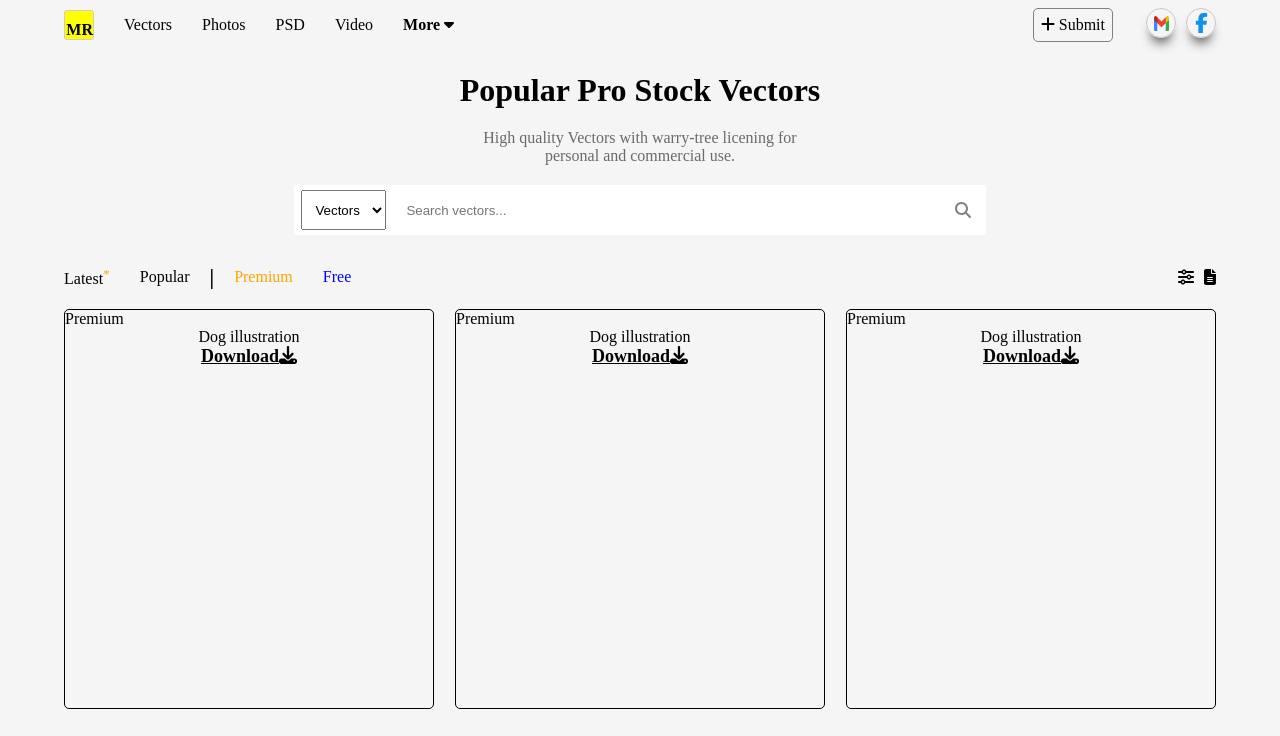
Repository: kegbaDev/VectorTemplate
Page: /
An editor plug-in stored every save of this project. The page is shown before and after the next save, followed by the edit.
The browser window is 1280 px wide. The pictures show the whole page.
The project was rebuilt for these pictures with package versions that can differ from the ones it lists, and the page was loaded fresh each time. Also part of the build but not shown: vite.config.js.

Above is the page before, as saved 2023-04-11 23:56:27.

### index.html
<!DOCTYPE html>
<html lang="en">
  <head>
    <meta charset="UTF-8" />
    <link rel="icon" href="/favicon.ico" />
    <meta name="viewport" content="width=device-width, initial-scale=1.0" />
    <title>Vite App</title>
  </head>
  <body style="background-color: rgb(245, 245, 245)">
    <div id="app"></div>
    <script type="module" src="/src/main.js"></script>
  </body>
</html>

### src/main.js
import { createApp } from 'vue'
import App from './App.vue'

// fontawesome importation
import '@fortawesome/fontawesome-free/css/all.css'
import '@fortawesome/fontawesome-free/js/all.js'

createApp(App).mount('#app')

### src/App.vue
<template>
<div class="wrapper">
  <div class="navbar">
    <div class="left">
      <div class="logo">MR</div>
      <ul>
        <li>Vectors</li>
        <li>Photos</li>
        <li>PSD</li>
        <li>Video</li>
        <li><span class="more" >More</span><i class="fa-solid fa-caret-down"></i></li>
      </ul>
    </div>
    <div class="right">
      <div class="submit">
        <i class="fa-solid fa-plus"></i>
        Submit
      </div>
      <div class="logo_collection">
        <div class="logo_card">
          <img src="./assets/gmail-logo-16.png" alt="google-icon" width="15px" height="15px">
        </div>
        <div class="logo_card">
          <i class="fa-brands fa-facebook-f" style="color: #1191ee; width: 25px;height: 20px;"></i>
        </div>
      </div>
    </div>
  </div>


  <!-- Second component -->


  <div class="text_section">
    <h1 class="title">Popular Pro Stock Vectors</h1>
    <p class="paragraph">
      High quality Vectors with warry-tree licening for <br>
      personal and commercial use.
    </p>
    <div class="input_card">
      <select name="" id="">
        <option value="value1">Vectors</option>
        <option value="value2">Vectors</option>
      </select>
      <input type="text" placeholder="Search vectors... ">
      <i class="fa-solid fa-magnifying-glass" style="color: grey; margin-right: 15px;"></i>
    </div>
  </div>

  <!-- Third component -->

  <div class="row">
    <div class="left-row">
      <ul>
        <li>Latest<sup style="color:orange">*</sup></li>
        <li>Popular</li>
      </ul>
      <span class="pipe">
        |
      </span>
      <ul>
        <li style="color:orange">Premium</li>
        <li style="color:blue">Free</li>
      </ul>
    </div>
    <div class="right-row">
      <i class="fa-solid fa-sliders"></i>
      <i class="fa-solid fa-file-lines"></i>
    </div>
  </div>

  <!-- Fourth component  -->

  <div class="card_content">
    <div class="main_card">
      <div class="image_and_text_space">
        Premium
      </div>
      <p>Dog illustration</p>
      <p class="download">Download<i class="fa-solid fa-download"></i></p>
    </div>
    <div class="main_card">
      <div class="image_and_text_space">
        Premium
      </div>
      <p>Dog illustration</p>
      <p class="download">Download<i class="fa-solid fa-download"></i></p>
    </div>
    <div class="main_card">
      <div class="image_and_text_space">
        Premium
      </div>
      <p>Dog illustration</p>
      <p class="download">Download<i class="fa-solid fa-download"></i></p>
    </div>
  </div>
</div>




</template>

<script setup>

</script>


<style scoped>
.wrapper{
  height: 100vh;
  width: 90vw;
  margin:auto;
}
*{
  padding: 0px;
  margin: 0px;
  box-sizing: border-box;
}
.left{
  display: flex;
  align-items: center;
}

ul{
  list-style: none;
  display: flex;
  gap: 30px;
  margin-left: 30px;
}
.more{
  font-weight: bolder;
  padding-right: 4px;
}
.logo{
  width: 30px;
  height: 30px;
  border: 1px solid rgb(214, 201, 201);
  background-color: yellow;
  font-weight: bolder;
  display: flex;
  justify-content: end;
  align-items: end;
  border-radius: 3px;
}
.navbar{
  display: flex;
  justify-content: space-between;
}
.right{
  display: flex;
  gap: 3px;
}
.submit{
  border: 1px solid gray;
  padding: 7px;
  margin-right: 30px;
  border-radius: 5px;
  background-color: rgba(234, 233, 233, 0.03);
}
.logo_collection{
  display: flex;
  gap: 10px;
}
.logo_card{
  width: 30px;
  height: 30px;
  border: 1px solid black;
  display: flex;
  align-items: center;
  justify-content: center;
  border-radius: 50%;
  border-color: rgb(202, 198, 198);
  -webkit-box-shadow: 0px 10px 13px -7px #000000, -2px -2px 15px 6px rgba(26,17,18,0);
  box-shadow: 0px 10px 13px -7px #000000, -2px -2px 15px 6px rgba(26,17,18,0);
}

/* Second composant */

.text_section{
  margin: 30px auto;
  text-align: center;
}
.title{
  margin-bottom: 20px;
}
.paragraph{
  margin-bottom: 20px;
  color: rgb(107, 106, 106);
}
.input_card{
  width: 60%;
  height: 50px;
  background-color: white;
  margin: auto;
  display: flex;
  align-items: center;
  border-radius: 2px;
}
input{
  width: 100%;
  padding-left: 20px;
  border: none;
}
input, select{
  height: 40px;
}
select{
  padding: 9px;
  margin-left: 7px;
}

/* Third component */
.row{
  display: flex;
  justify-content: space-between;
  margin-bottom: 20px;
}
.left-row ul{
  margin: 0px;
  padding: 0px;
  display: flex;
  align-items: center;
}
.left-row, .right-row{
  display: flex;
  align-items: center;
}
.pipe{
  margin: 0px 20px;
}

.pipe{
  font-weight: bolder;
  font-size: 1.3em;
}
.right-row{
  gap: 10px;
}

/* Fourth component */

.card_content{
  display: flex;
  justify-content: space-between;
}
.main_card{
  min-width: 370px;
  min-height: 400px;
  border: 1px solid black;
  border-radius: 5px;
}
.main_card p{
  text-align: center;
}
.download{
  font-weight: bolder;
  text-decoration: underline;
  font-size: large;
}


</style>

After the next save:
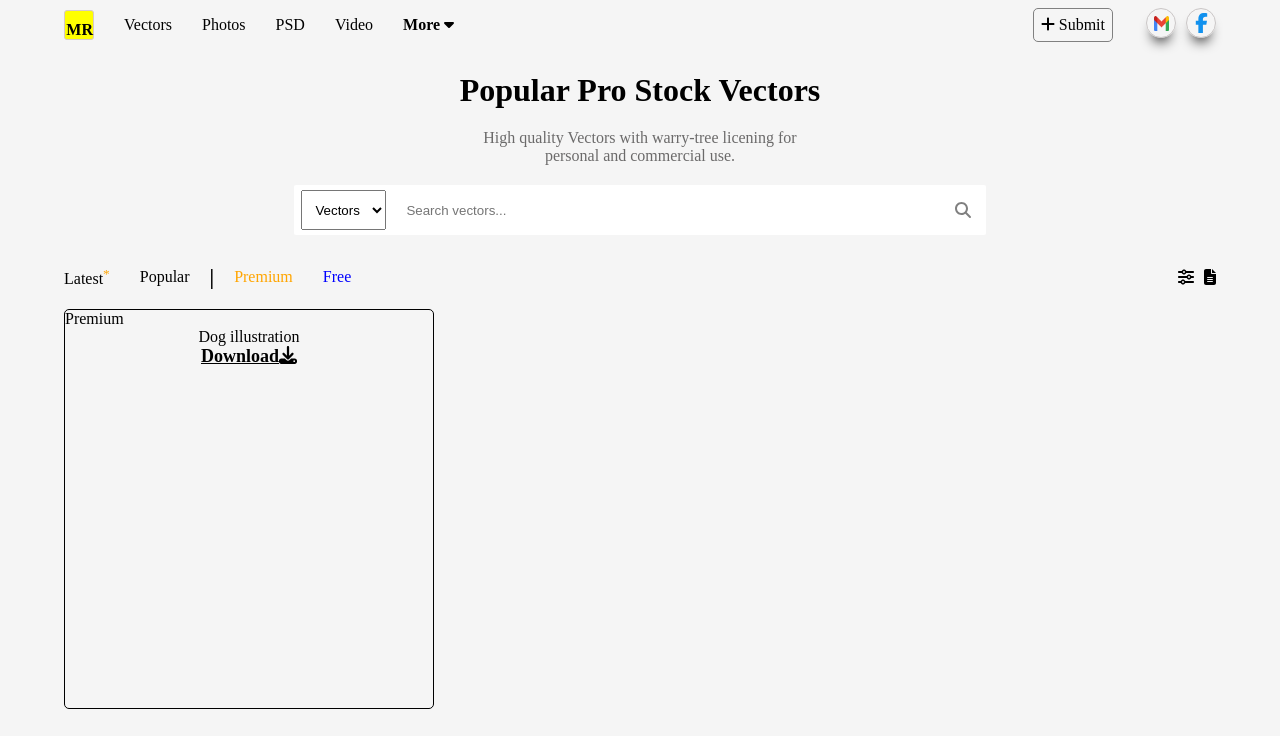
Saved 65 s later.
--- a/src/App.vue
+++ b/src/App.vue
@@ -79,20 +79,20 @@
       <p>Dog illustration</p>
       <p class="download">Download<i class="fa-solid fa-download"></i></p>
     </div>
+    <!-- <div class="main_card">
+      <div class="image_and_text_space">
+        Premium
+      </div>
+      <p>Dog illustration</p>
+      <p class="download">Download<i class="fa-solid fa-download"></i></p>
+    </div>
     <div class="main_card">
       <div class="image_and_text_space">
         Premium
       </div>
       <p>Dog illustration</p>
       <p class="download">Download<i class="fa-solid fa-download"></i></p>
-    </div>
-    <div class="main_card">
-      <div class="image_and_text_space">
-        Premium
-      </div>
-      <p>Dog illustration</p>
-      <p class="download">Download<i class="fa-solid fa-download"></i></p>
-    </div>
+    </div> -->
   </div>
 </div>
 
